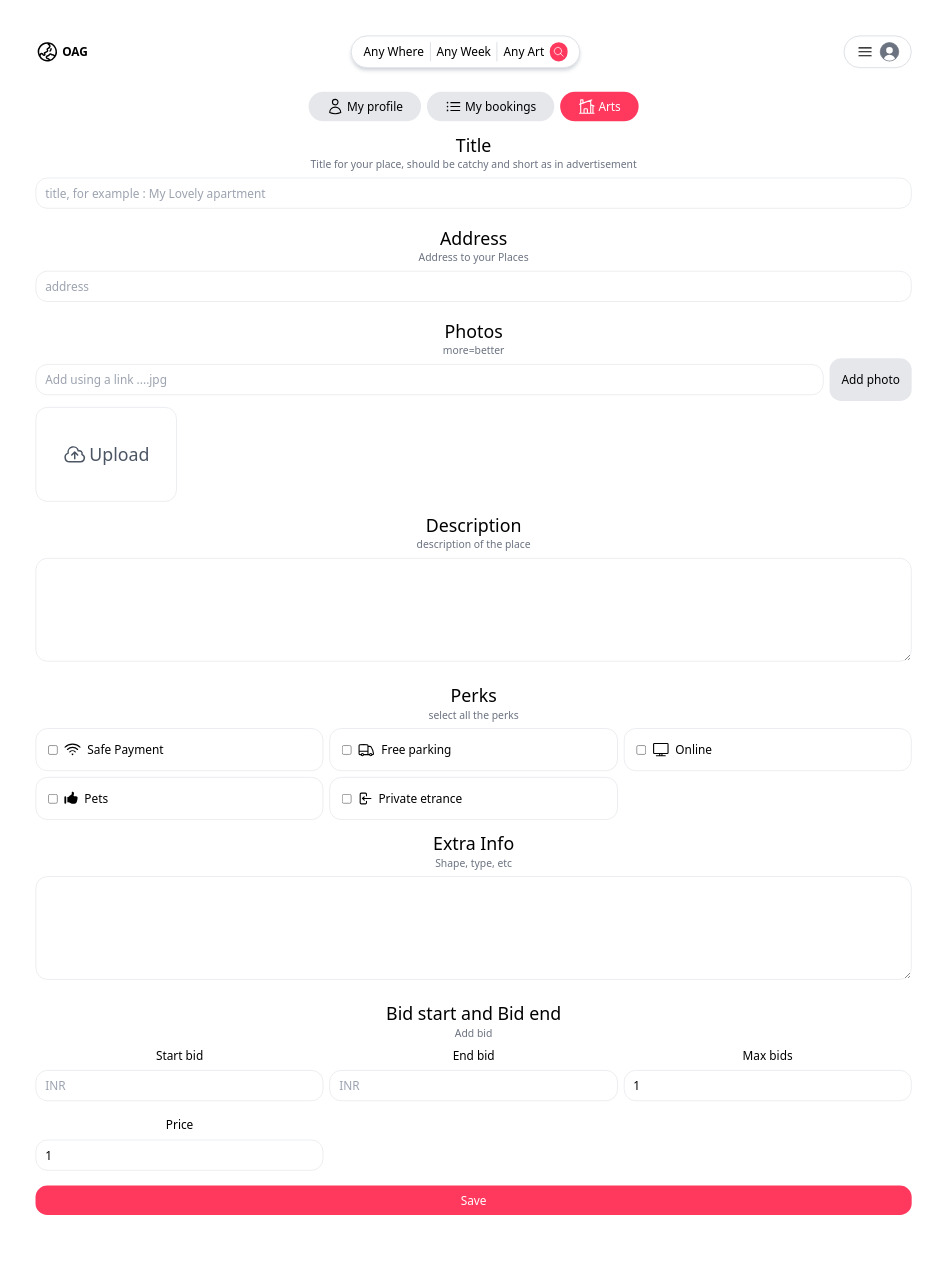
Repository: saurabh22111999/OAG
Page: /account/places/new (app in client/)
These files come from the project's save history. The page is drawn as it stood at one moment and after the next save; the edit follows.
The browser window is 1280 px wide. The pictures show the whole page, at 74% of full size.
The page's requests for data from a server got no answer. The project was rebuilt for these pictures with package versions that can differ from the ones it lists, and the page was loaded fresh each time. No one was signed in, and anything a server would have sent is missing. Also part of the build but not shown: client/vite.config.js, client/src/Pages/IndexPages.jsx, client/src/Pages/LoginPage.jsx, client/src/Pages/RegisterPage.jsx, client/src/Image.jsx, client/src/PlaceImg.jsx, client/src/Pages/PlacesPage.jsx, client/src/Pages/profilePage.jsx.

Above is the page before, as saved 2023-05-12 08:13:30.

After the next save:
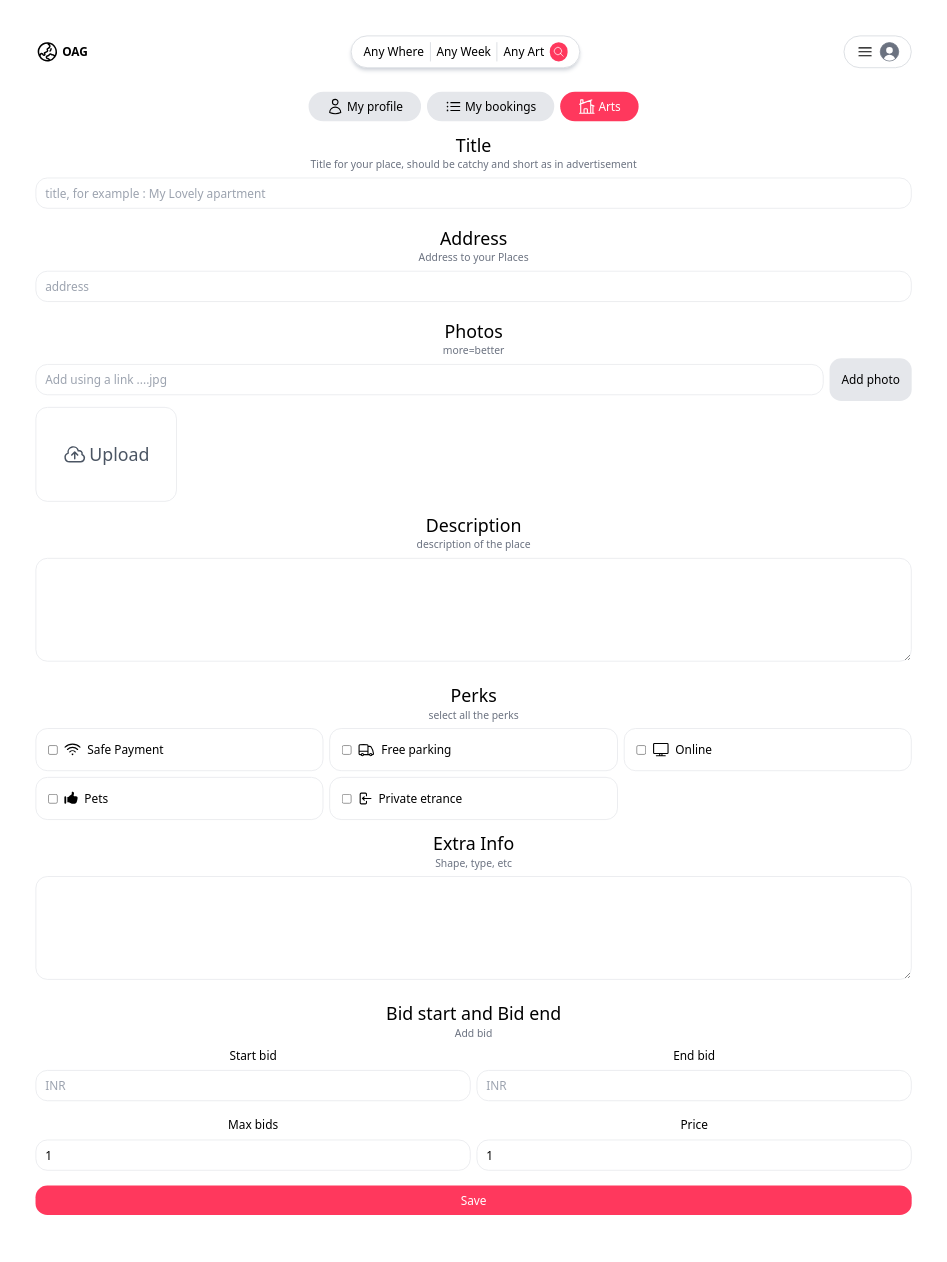
Saved 7 s later.
--- a/client/src/Pages/PlacesFormPage.jsx
+++ b/client/src/Pages/PlacesFormPage.jsx
@@ -138,7 +138,7 @@ axios.get('/places/'+id).then(response=>{
                     <textarea value={extraInfo} onChange={ev=>setExtraInfo(ev.target.value)}/>
                 {preInput('Bid start and Bid end','Add bid')}
 
-                    <div className="grid  gap-2 sm:grid-cols-3">
+                    <div className="grid  gap-2 sm:grid-cols-2">
                         <div className="mt-2 -mb-1">
                         <h3>Start bid</h3>
                             <input type="text"
